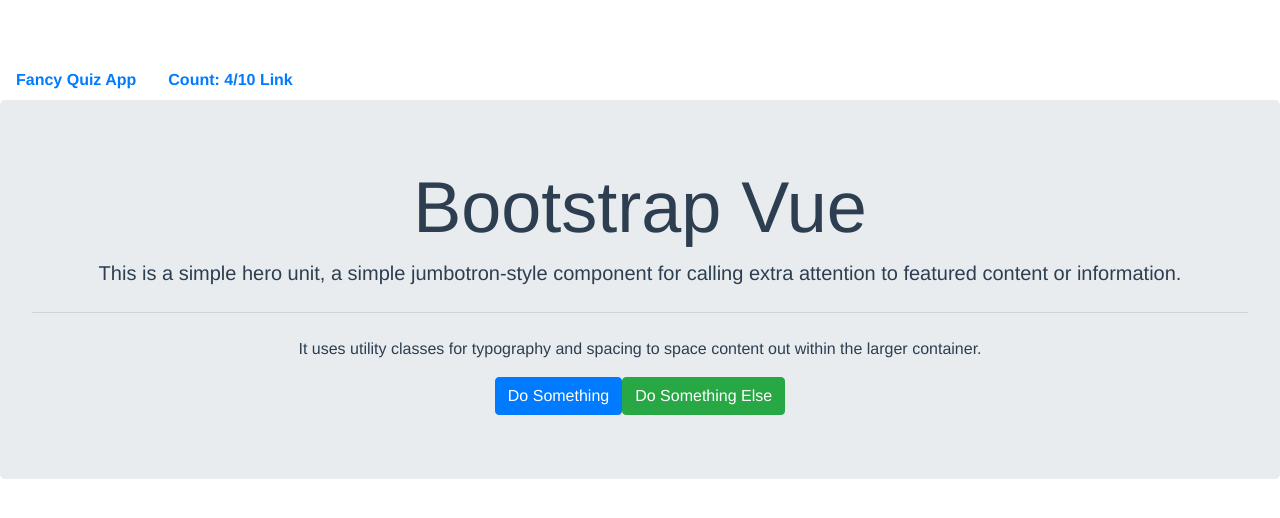
Repository: tokliver/AppVue
Page: /
These files come from the project's save history. The page is drawn as it stood at one moment and after the next save; the edit follows.
The browser window is 1280 px wide. The pictures show the whole page.
The project was rebuilt for these pictures with package versions that can differ from the ones it lists, and the page was loaded fresh each time.

Above is the page before, as saved 2019-04-13 09:23:03.

After the next save:
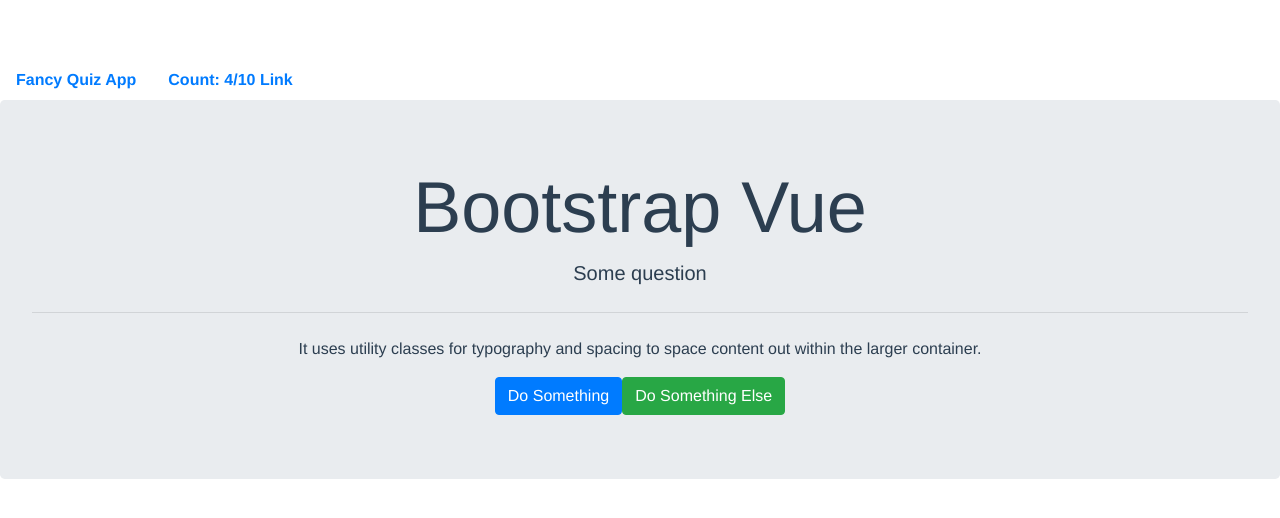
Saved 2 min 25 s later.
--- a/src/components/QuestionBox.vue
+++ b/src/components/QuestionBox.vue
@@ -4,8 +4,7 @@
     <template slot="header">Bootstrap Vue</template>
 
     <template slot="lead">
-      This is a simple hero unit, a simple jumbotron-style component for calling extra attention to
-      featured content or information.
+      Some question
     </template>
 
     <hr class="my-4">
